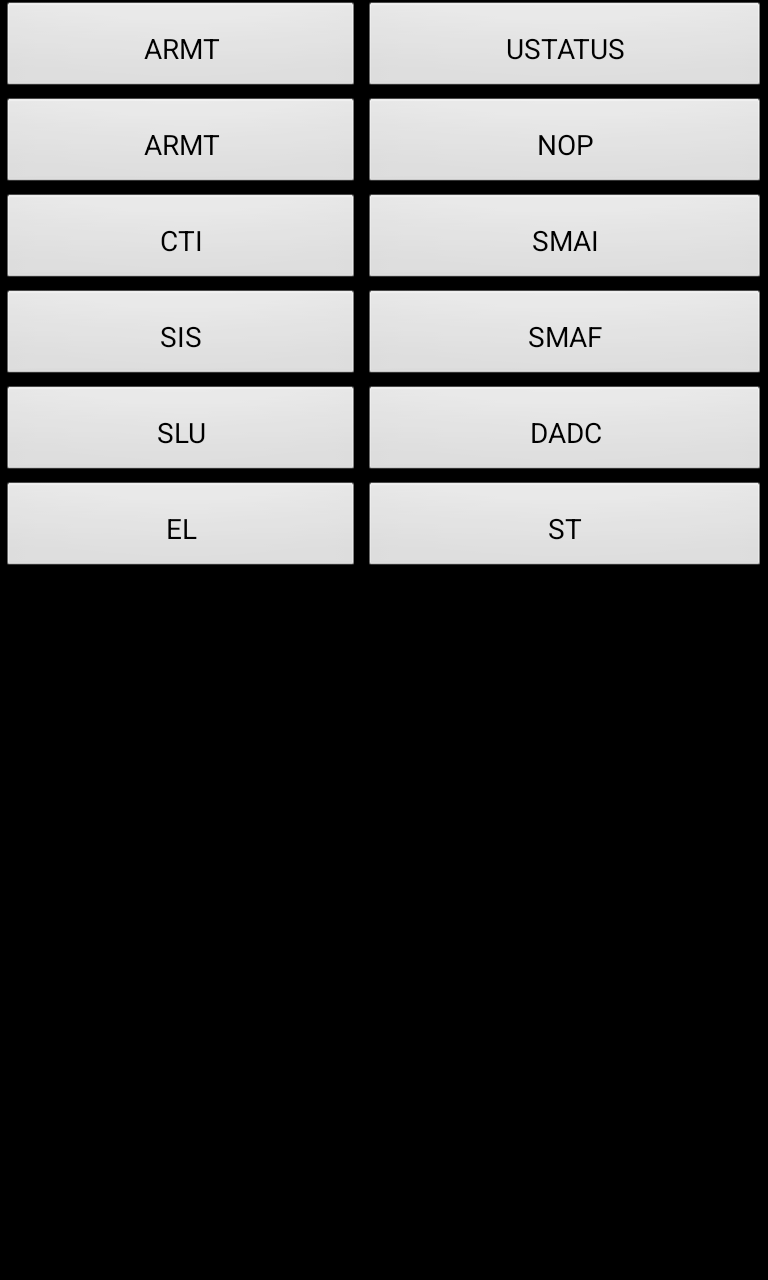
Repository: sergioenriquez/CSTE
Layout: HNAD/res/layout/devcmdtab.xml
The author's editor kept a copy of each file at every save. The layout is drawn from the files as they stood at one save, then again after the next save.
It is drawn on a 768 x 1280 px phone screen (xhdpi) without system bars, with theme android:Theme.NoTitleBar; the app's code is not run.

Above is the layout before, as saved 2011-12-19 06:54:32.

After the next save:
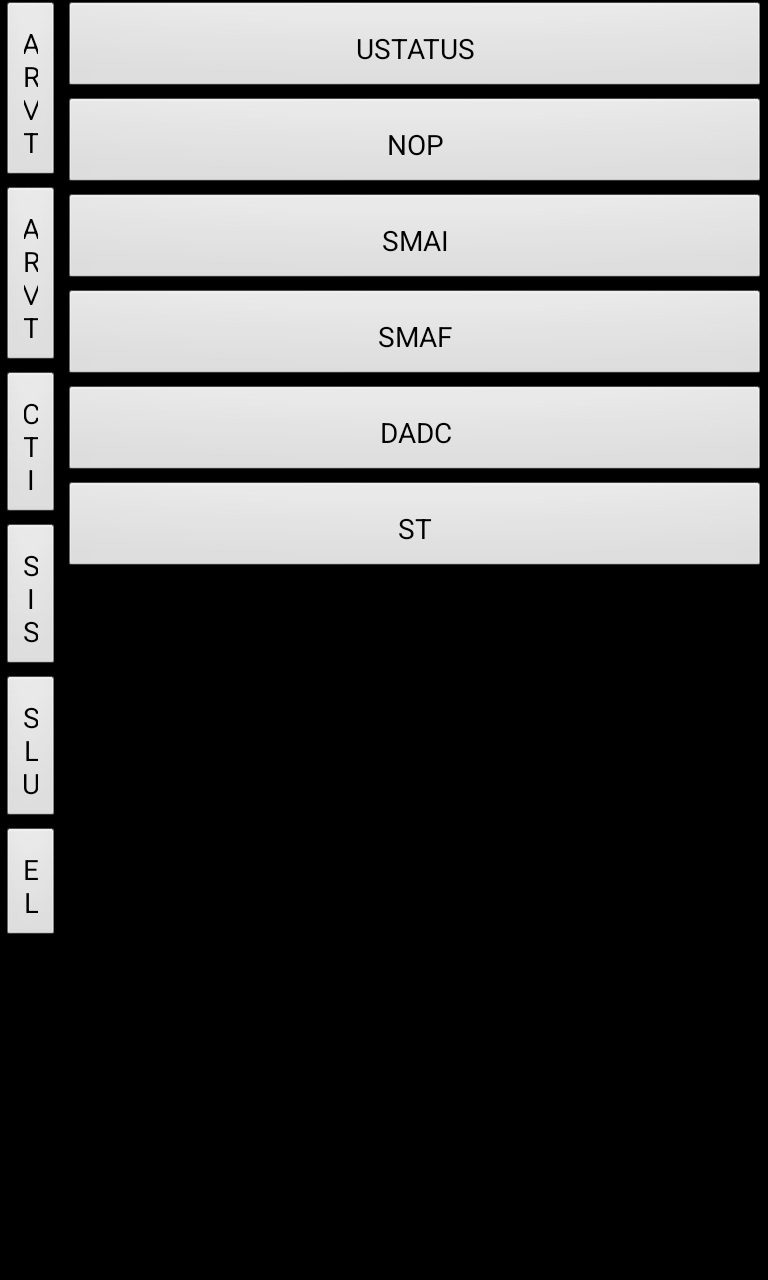
Saved 19 s later.
--- a/HNAD/res/layout/devcmdtab.xml
+++ b/HNAD/res/layout/devcmdtab.xml
@@ -11,7 +11,7 @@
 	    <Button
 	       android:text="ARMT"
 	       android:layout_height="wrap_content"
-	       android:layout_width="match_parent"
+	       android:layout_width="fill_parent"
 	       android:layout_gravity="right"
 	       android:padding="12dp"
 	       android:gravity="center" />
@@ -53,7 +53,7 @@
 
     </LinearLayout>
 	<LinearLayout xmlns:android="http://schemas.android.com/apk/res/android"
-	    android:layout_width="wrap_content"
+	    android:layout_width="fill_parent"
 	    android:layout_weight="0.50"
 	    android:layout_height="match_parent"
 	    android:orientation="vertical" >
